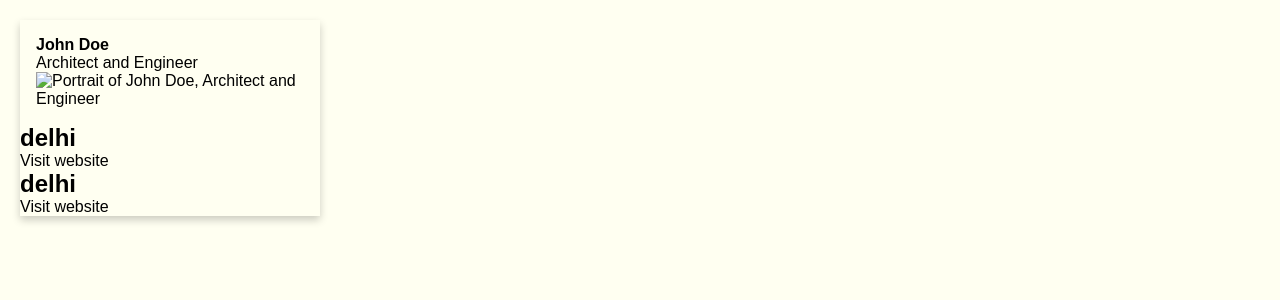
Repository: Muskan1Kumari4draw/React-app-with-concept
Page: /
These files come from the project's save history. The page is drawn as it stood at one moment and after the next save; the edit follows.
The browser window is 1280 px wide. The pictures show the whole page.
The project was rebuilt for these pictures with package versions that can differ from the ones it lists, and the page was loaded fresh each time.

Above is the page before, as saved 2024-09-29 14:42:41.

### src/App.js
import React from 'react';
import Restaurant from  "./component/Basic/Restaurant";
const App = () => {
  return <Restaurant/> ;
};

export default App

### src/component/Basic/Restaurant.js
import React from 'react';
import "./style.css";
import data from './restaurant.json'
const Restaurant = () => {
  return (
    <>
      <div className="card">
        <div className="container">
          <span className="card-title"><b>John Doe</b></span>
          <p className="description">Architect and Engineer</p>
          <img  alt="Portrait of John Doe, Architect and Engineer" />
        </div>
        {
          data.map((item, index) => (
            <div key={index} className="restaurant-item">
              <h2>{item.placeName}</h2>
              <p>{item.description}</p>
              <a href={item.url} target="_blank" rel="noopener noreferrer">Visit website</a>
            </div>
          ))

          // Add your own data mapping here

          // Example:
          // <div key={index} className="restaurant-item">
          //   <h2>{item.name}</h2>
          //   <p>{item.description}</p>
          //   <a href={item.url} target="_blank" rel="noopener noreferrer">Visit website</a>
          // </div>

          // End of example data mapping

          // Add more restaurant items as needed

          // Example:
          // <div key={index} className="restaurant-item">
          //   <h2
        }
      </div>
    </>
  );
};

export default Restaurant;

### src/component/Basic/style.css
* {
  margin: 0;
  padding: 0;
  box-sizing: border-box;
}

body {
  background: rgb(255, 255, 241);
  font-family: Arial, sans-serif;
}

/* Navbar Styling */
.navbar {
  margin: auto;
  background: #fff;
  height: 50px;
  box-shadow: 0 4px 8px 0 rgba(0, 0, 0, 0.2);
  display: flex;
  justify-content: center;
  align-items: center;
}

.menu-nav {
  display: flex;
  justify-content: center;
}

.navbar a {
  color: #333;
  text-align: center;
  padding: 14px 16px;
  text-decoration: none;
  font-size: 17px;
  margin: auto;
}

/* Card Styling */
.card {
  box-shadow: 0 4px 8px 0 rgba(0, 0, 0, 0.2);
  transition: 0.3s;
  width: 300px;
  height: auto;
  margin: 20px;
}

.card:hover {
  box-shadow: 0 8px 16px 0 rgba(0, 0, 0, 0.2);
}

.container {
  padding: 16px;
}

.container img {
  width: 100%;
  height: auto;
  display: block;
}

.section-div {
  display: flex;
  flex-wrap: wrap;
  justify-content: center;
  align-items: center;
}

/* Responsive Media Queries */
@media screen and (max-width: 768px) {
  /* Stack the navbar links vertically on small screens */
  .navbar {
    flex-direction: column;
    height: auto;
  }

  .menu-nav {
    flex-direction: column;
  }

  .navbar a {
    padding: 10px;
    font-size: 15px;
    margin: 5px 0;
  }

  /* Adjust card layout on small screens */
  .card {
    width: 90%;
    margin: 10px;
  }

  /* Adjust font size and padding */
  .container {
    padding: 10px;
  }
}

@media screen and (max-width: 480px) {
  /* Further adjustments for very small screens */
  .navbar a {
    font-size: 14px;
    padding: 8px;
  }

  .card {
    width: 100%;
    margin: 10px;
  }

  .container h4 {
    font-size: 18px;
  }

  .container p {
    font-size: 14px;
  }
}  * {
      margin: 0;
      padding: 0;
      box-sizing: border-box;
    }

    body {
      background: rgb(255, 255, 241);
      font-family: Arial, sans-serif;
    }

    /* Navbar Styling */
    .navbar {
      margin: auto;
      background: #fff;
      height: 50px;
      box-shadow: 0 4px 8px 0 rgba(0, 0, 0, 0.2);
      display: flex;
      justify-content: center;
      align-items: center;
    }

    .menu-nav {
      display: flex;
      justify-content: center;
    }

    .navbar a {
      color: #333;
      text-align: center;
      padding: 14px 16px;
      text-decoration: none;
      font-size: 17px;
      margin: auto;
    }

    /* Card Styling */
    .card {
      box-shadow: 0 4px 8px 0 rgba(0, 0, 0, 0.2);
      transition: 0.3s;
      width: 300px;
      height: auto;
      margin: 20px;
    }

    .card:hover {
      box-shadow: 0 8px 16px 0 rgba(0, 0, 0, 0.2);
    }

    .container {
      padding: 16px;
    }

    .container img {
      width: 100%;
      height: auto;
      display: block;
    }

    .section-div {
      display: flex;
      flex-wrap: wrap;
      justify-content: center;
      align-items: center;
    }

    /* Responsive Media Queries */
    @media screen and (max-width: 768px) {
      /* Stack the navbar links vertically on small screens */
      .navbar {
        flex-direction: column;
        height: auto;
      }

      .menu-nav {
        flex-direction: column;
      }

      .navbar a {
        padding: 10px;
        font-size: 15px;
        margin: 5px 0;
      }

      /* Adjust card layout on small screens */
      .card {
        width: 90%;
        margin: 10px;
      }

      /* Adjust font size and padding */
      .container {
        padding: 10px;
      }
    }

    @media screen and (max-width: 480px) {
      /* Further adjustments for very small screens */
      .navbar a {
        font-size: 14px;
        padding: 8px;
      }

      .card {
        width: 100%;
        margin: 10px;
      }

      .container h4 {
        font-size: 18px;
      }

      .container p {
        font-size: 14px;
      }
    }

### src/component/Basic/restaurant.json
[
  {
    "placeName":"delhi",
    "Monument":"TAj Mahal",
    "id":1
  },
  {
    "placeName":"delhi",
    "Monument":"TAj Mahal",
    "id":1
  }
]

Loaded but not shown: public/index.html (common file); src/index.js (common file); src/reportWebVitals.js (common file)

After the next save:
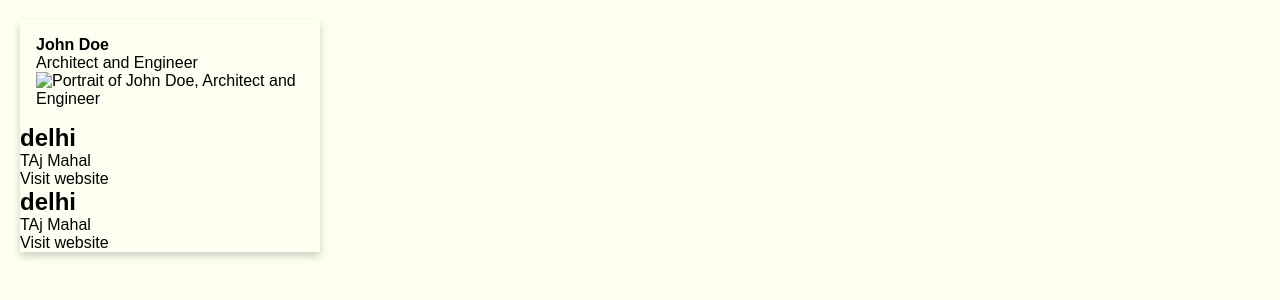
Saved 5 s later.
--- a/src/component/Basic/Restaurant.js
+++ b/src/component/Basic/Restaurant.js
@@ -14,7 +14,7 @@
           data.map((item, index) => (
             <div key={index} className="restaurant-item">
               <h2>{item.placeName}</h2>
-              <p>{item.description}</p>
+              <p>{item.Monument}</p>
               <a href={item.url} target="_blank" rel="noopener noreferrer">Visit website</a>
             </div>
           ))
